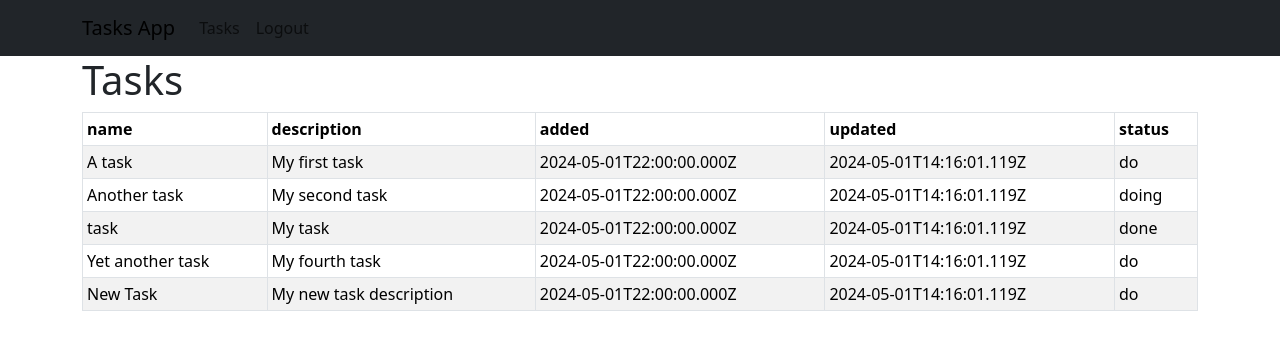
Repository: trider/react-task-app
Page: /tasks
The author's editor kept a copy of each file at every save. The page is drawn from the files as they stood at one save, then again after the next save.
The browser window is 1280 px wide. The pictures show the whole page.
The project was rebuilt for these pictures with package versions that can differ from the ones it lists, and the page was loaded fresh each time. Also part of the build but not shown: src/pages/Login.js.

Above is the page before, as saved 2024-05-02 17:57:54.

After the next save:
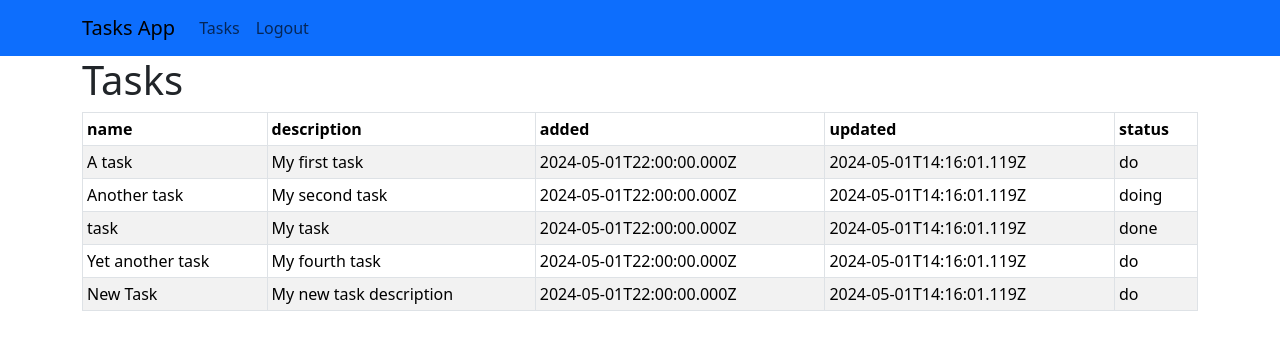
Saved 40 s later.
--- a/src/pages/Task.js
+++ b/src/pages/Task.js
@@ -106,7 +106,7 @@ const TaskTable = () => {
 
 const NavbarComponent = () => {
   return (
-    <Navbar bg="dark" expand="lg">
+    <Navbar bg="primary" expand="lg">
       <Container>
         <Navbar.Brand href="#home">Tasks App</Navbar.Brand>
         <Navbar.Toggle aria-controls="basic-navbar-nav" />
